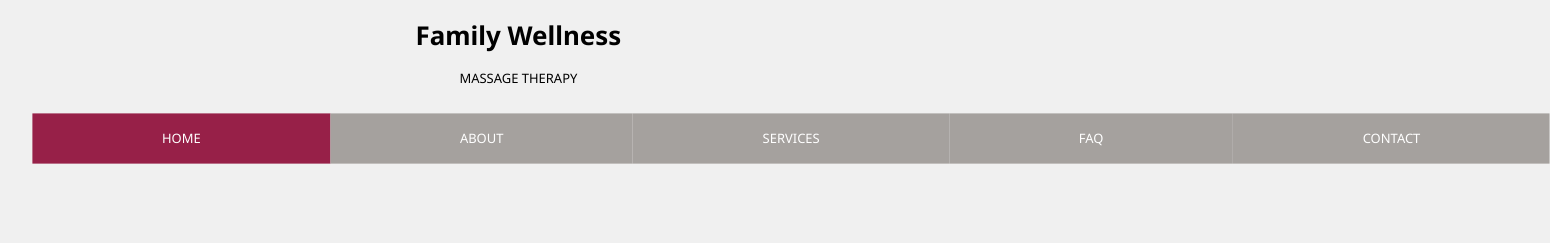
Repository: sriram1224/reactas1.github.io
Page: /
An editor plug-in stored every save of this project. The page is shown before and after the next save, followed by the edit.
The browser window is 1280 px wide. The page is 1913 px wide, so the pictures cover 1913 px, including what lies to the right of the window. The pictures show the whole page, at 81% of full size.
Some web fonts or font styles are not loaded; a fallback is used. The project was rebuilt for these pictures with package versions that can differ from the ones it lists, and the page was loaded fresh each time.

Above is the page before, as saved 2024-03-05 07:14:56.

After the next save:
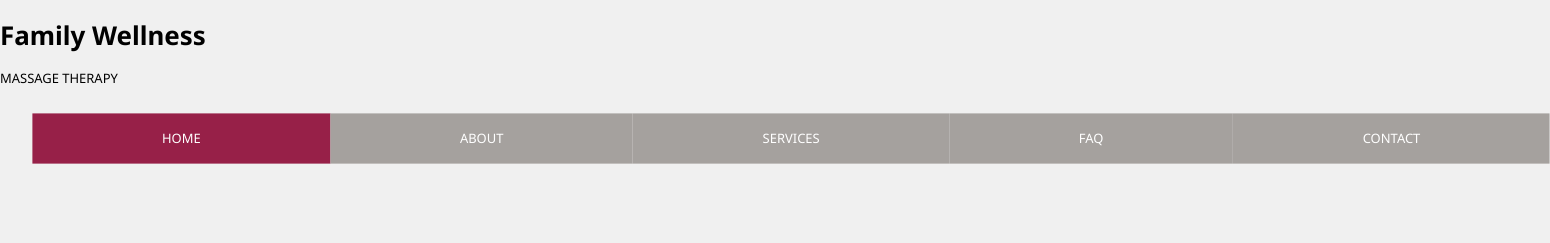
Saved 15 s later.
--- a/src/App.css
+++ b/src/App.css
@@ -1,6 +1,3 @@
-.App {
-  text-align: center;
-}
 
 .App-logo {
   height: 40vmin;
